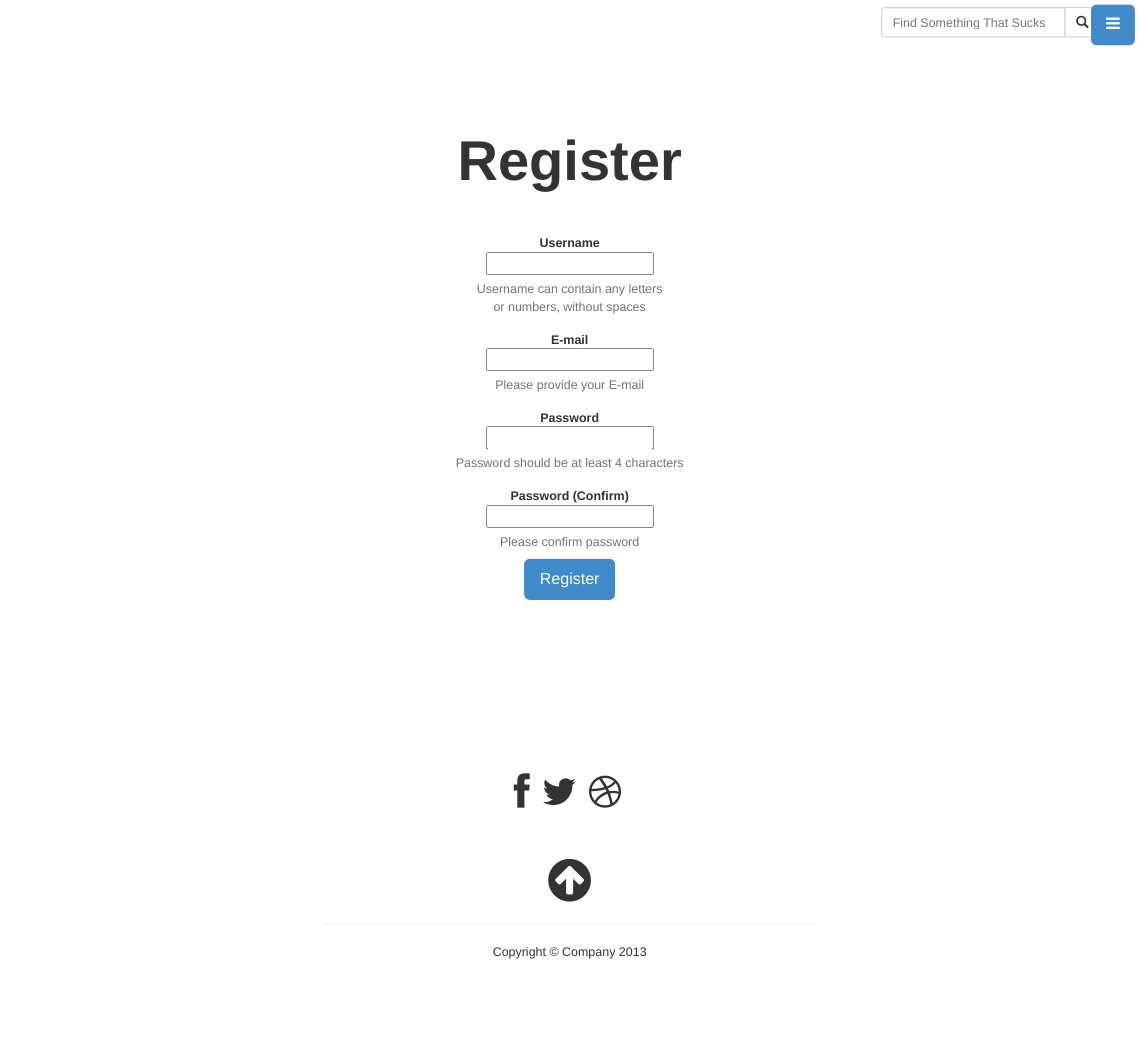
Repository: rajisreehari/sr
Page: http://localhost/SRWeb/WEB-INF/views/sr/register.jsp
These files come from the project's save history. The page is drawn as it stood at one moment and after the next save; the edit follows.
The browser window is 1280 px wide. The pictures show the whole page, at 89% of full size.
Backgrounds fixed to the window are drawn as part of the page. The page is served by Tomcat 9. Nobody is signed in. Other server files are loaded and not shown. The template is opened directly, without the code that normally fills it, so the values that code supplies are empty.

Above is the page before, as saved 2014-07-16 00:20:35.

### SRWeb/WebContent/WEB-INF/views/sr/register.jsp
<jsp:include page="../common/head.jsp" />
    <!-- Full Page Image Header Area -->
    <div id="top" class="header">
        <div class="vert-text">
            <h1>Register</h1>
<!-- START FROM -->
<br><br>
<form class="form-horizontal" action='' method="POST">
  <fieldset>
    <div class="control-group">
      <!-- Username -->
      <label class="control-label"  for="username">Username</label>
      <div class="controls">
        <input type="text" id="username" name="username" placeholder="" class="input-xlarge">
        <p class="help-block">Username can contain any letters<br> or numbers, without spaces</p>
      </div>
    </div>

    <div class="control-group">
      <!-- E-mail -->
      <label class="control-label" for="email">E-mail</label>
      <div class="controls">
        <input type="text" id="email" name="email" placeholder="" class="input-xlarge">
        <p class="help-block">Please provide your E-mail</p>
      </div>
    </div>

    <div class="control-group">
      <!-- Password-->
      <label class="control-label" for="password">Password</label>
      <div class="controls">
        <input type="password" id="password" name="password" placeholder="" class="input-xlarge">
        <p class="help-block">Password should be at least 4 characters</p>
      </div>
    </div>

    <div class="control-group">
      <!-- Password -->
      <label class="control-label"  for="password_confirm">Password (Confirm)</label>
      <div class="controls">
        <input type="password" id="password_confirm" name="password_confirm" placeholder="" class="input-xlarge">
        <p class="help-block">Please confirm password</p>
      </div>
    </div>


    <div class="control-group">
      <!-- Button -->
      <div class="controls">
        <button class="btn btn-lg btn-primary">Register</button>
      </div>
    </div>
  </fieldset>

<!-- END FORM -->
        </div>
    </div>
    <!-- /Full Page Image Header Area -->

<jsp:include page="../common/footer.jsp" />

### SRWeb/WebContent/WEB-INF/views/common/head.jsp
<%@ taglib prefix="c" uri="http://java.sun.com/jsp/jstl/core" %>

<!DOCTYPE html>
<html lang="en">

<head>
    <meta charset="utf-8">
    <meta name="viewport" content="width=device-width, initial-scale=1.0">
    <meta name="description" content="">
    <meta name="author" content="">


    <title>Suck Rate</title>

    <!-- Bootstrap core CSS -->
    <link href="<c:url value='/static/css/bootstrap.css'/>" rel="stylesheet">



    <!-- Add custom CSS here -->
    <link href="<c:url value='/static/css/stylish-portfolio.css'/>" rel="stylesheet">
    <link href="<c:url value='/static/font-awesome/css/font-awesome.min.css'/>" rel="stylesheet">
</head>

<body>
<jsp:include page="../common/sidemenu.jsp" />

### SRWeb/WebContent/WEB-INF/views/common/sidemenu.jsp
<%@ taglib prefix="c" uri="http://java.sun.com/jsp/jstl/core" %>
    <!-- Side Menu -->
    <a id="menu-toggle" href="#" class="btn btn-primary btn-lg toggle"><i class="fa fa-bars"></i></a>
    <div id="sidebar-wrapper">
        <ul class="sidebar-nav">
            <a id="menu-close" href="#" class="btn btn-default btn-lg pull-right toggle"><i class="fa fa-times"></i></a>
            <li class="sidebar-brand"><a href="<c:url value='/home'/>">Suck Rate</a></li>
            <li><a href="#register"><a href="<c:url value='/register'/>">Register To Suck</a></li>
            <li><a href="#services">Find Suck Rate</a></li>
            <li><a href="#portfolio">Suck Something</a></li>
            <li><a href="#top">Home</a></li>
            <li><a href="#about">About</a></li>
            <li><a href="#contact">Contact</a></li>
        </ul>
    </div>
    <div class="col-sm-3 col-md-3 pull-right ">
            <form class="navbar-form" role="search">
                <div class="input-group">
                    <input type="text" class="form-control" placeholder="Find Something That Sucks" name="q">
                    <div class="input-group-btn">
                        <button class="btn btn-default" type="submit"><i class="glyphicon glyphicon-search"></i></button>
                    </div>
                </div>
            </form>
        </div>
    <!-- /Side Menu -->

### SRWeb/WebContent/static/css/stylish-portfolio.css
/* Global Styles */

html,
body {
  height: 100%;
  width: 100%;
}

.vert-text {
  display: table-cell;
  vertical-align: middle;
  text-align: center;
}

.vert-text h1 {
  padding: 0;
  margin: 0;
  font-size: 4.5em;
  font-weight: 700;
}

/* Side Menu */

#sidebar-wrapper {
  margin-right: -250px;
  right: 0;
  width: 250px;
  background: #000;
  position: fixed;
  height: 100%;
  overflow-y: auto;
  z-index: 1000;
  -webkit-transition: all 0.4s ease 0s;
  -moz-transition: all 0.4s ease 0s;
  -ms-transition: all 0.4s ease 0s;
  -o-transition: all 0.4s ease 0s;
  transition: all 0.4s ease 0s;
}

.sidebar-nav {
  position: absolute;
  top: 0;
  width: 250px;
  list-style: none;
  margin: 0;
  padding: 0;
}

.sidebar-nav li {
  line-height: 40px;
  text-indent: 20px;
}

.sidebar-nav li a {
  color: #999999;
  display: block;
  text-decoration: none;
}

.sidebar-nav li a:hover {
  color: #fff;
  background: rgba(255,255,255,0.2);
  text-decoration: none;
}

.sidebar-nav li a:active,
.sidebar-nav li a:focus {
  text-decoration: none;
}

.sidebar-nav > .sidebar-brand {
  height: 55px;
  line-height: 55px;
  font-size: 18px;
}

.sidebar-nav > .sidebar-brand a {
  color: #999999;
}

.sidebar-nav > .sidebar-brand a:hover {
  color: #fff;
  background: none;
}

#menu-toggle {
  top: 0;
  right: 0;
  position: fixed;
  z-index: 1;
}

#sidebar-wrapper.active {
  right: 250px;
  width: 250px;
  -webkit-transition: all 0.4s ease 0s;
  -moz-transition: all 0.4s ease 0s;
  -ms-transition: all 0.4s ease 0s;
  -o-transition: all 0.4s ease 0s;
  transition: all 0.4s ease 0s;
}

.toggle {
  margin: 5px 5px 0 0;
}

/* Full Page Image Header Area */

.header {
  display: table;
  height: 100%;
  width: 100%;
  position: relative;
  background: url(../img/bg.jpg) no-repeat center center fixed;
  -webkit-background-size: cover;
  -moz-background-size: cover;
  -o-background-size: cover;
  background-size: cover;
}

/* Intro */

.intro {
  padding: 50px 0;
}

/* Services */

.services {
  background: #7fbbda;
  padding: 50px 0;
  color: #ffffff;
}

.service-item {
  margin-bottom: 15px;
}

i.service-icon {
  border: 3px solid #ffffff;
  border-radius: 50%;
  display: inline-block;
  font-size: 56px;
  width: 140px;
  height: 140px;
  line-height: 136px;
  vertical-align: middle;
  text-align: center;
}

/* Callout */

.callout {
  color: #ffffff;
  display: table;
  height: 400px;
  width: 100%;
  background: url(../img/callout.jpg) no-repeat center center fixed;
  -webkit-background-size: cover;
  -moz-background-size: cover;
  -o-background-size: cover;
  background-size: cover;
}

/* Portfolio */

.portfolio {
  padding: 50px 0;
}

.portfolio-item {
  margin-bottom: 25px;
}

.img-portfolio {
  margin: 0 auto;
}


/* Call to Action */

.call-to-action {
  color: #ffffff;
  background: #0a5175;
  padding: 50px 0;
}

.call-to-action .btn {
  margin: 10px;
}

/* Map */

.map {
  height: 500px;
}

/* Footer */

footer {
  padding: 100px 0;
}

.top-scroll {
  margin-top: 50px;
}

.top-scroll a {
  text-decoration: none;
  color: inherit;
}

i.scroll {
  color: #333333;
}

i.scroll:hover {
  color: #0a5175;
}
/* Responsive */

@media (max-width: 768px) {

  .header {
	background: url(../img/bg.jpg) no-repeat center center scroll;
  }

  .callout {
	background: url(../img/callout.jpg) no-repeat center center scroll;
  }

  .map {
	height: 75%;
  }

}

Loaded but not shown: SRWeb/WebContent/WEB-INF/views/common/footer.jsp (common file); SRWeb/WebContent/static/css/bootstrap.css (library); SRWeb/WebContent/static/font-awesome/css/font-awesome.min.css (library); SRWeb/WebContent/static/js/jquery-1.11.1.min.js (library); SRWeb/WebContent/static/js/bootstrap.min.js (library)

After the next save:
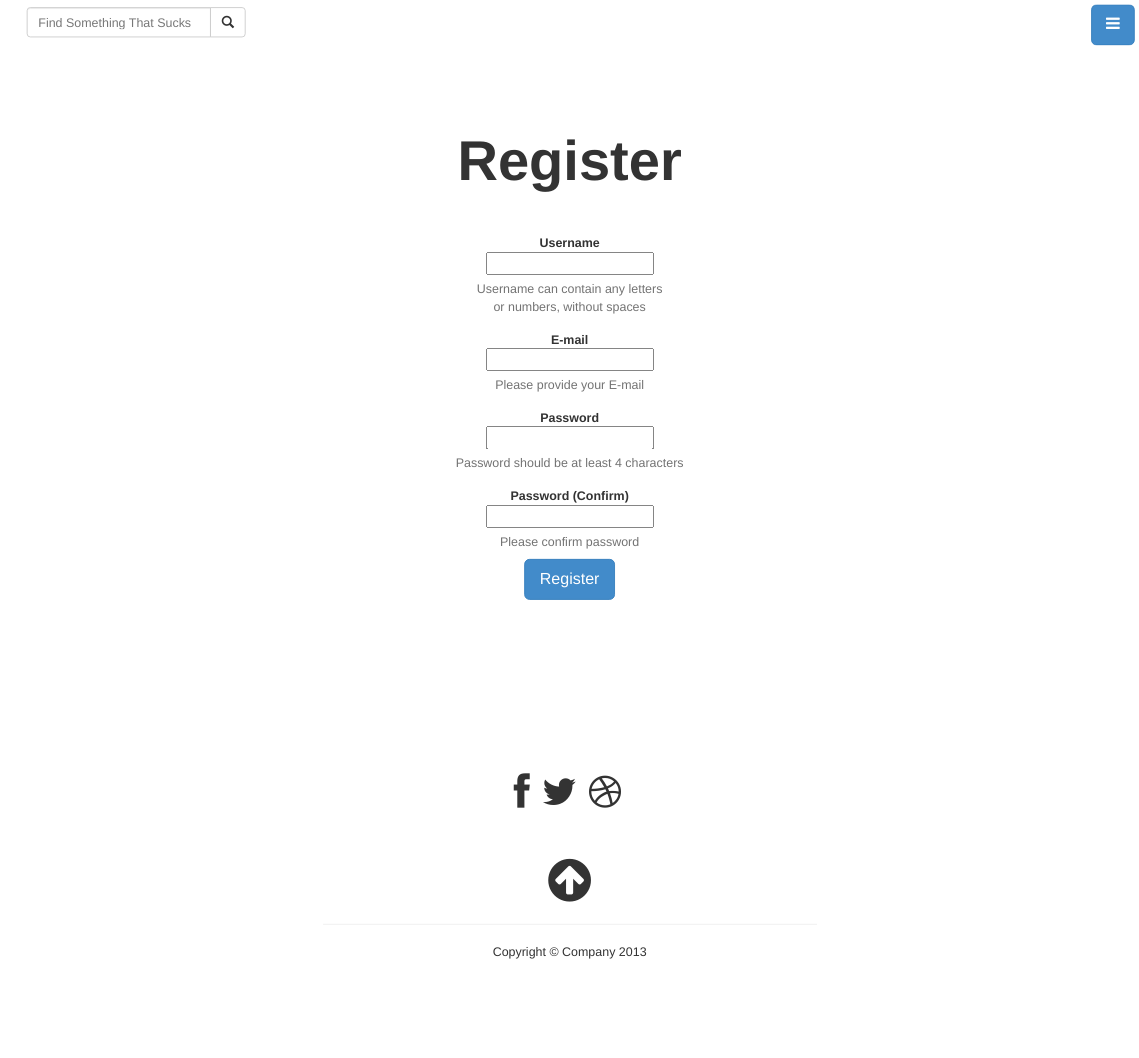
Saved 6 min 0 s later.
--- a/SRWeb/WebContent/WEB-INF/views/common/sidemenu.jsp
+++ b/SRWeb/WebContent/WEB-INF/views/common/sidemenu.jsp
@@ -13,7 +13,7 @@
             <li><a href="#contact">Contact</a></li>
         </ul>
     </div>
-    <div class="col-sm-3 col-md-3 pull-right ">
+    <div class="col-sm-3 col-md-3 pull-left ">
             <form class="navbar-form" role="search">
                 <div class="input-group">
                     <input type="text" class="form-control" placeholder="Find Something That Sucks" name="q">
